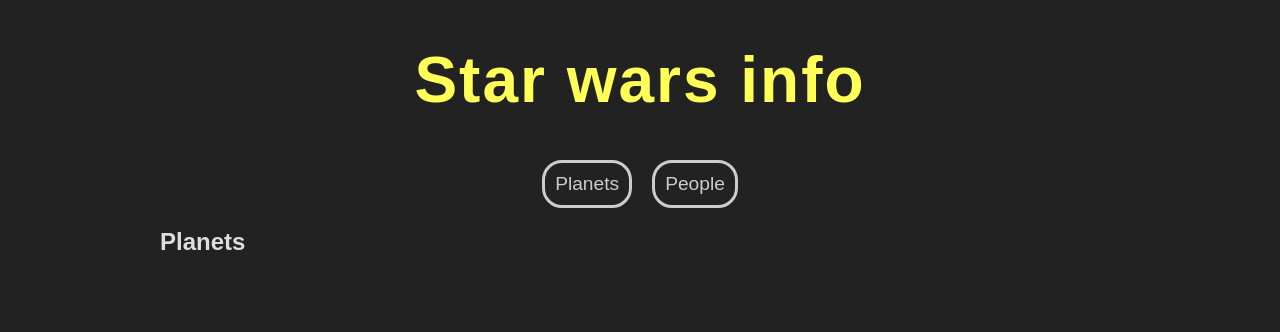
Repository: Pavlin-React/React-useQuery
Page: /
These files come from the project's save history. The page is drawn as it stood at one moment and after the next save; the edit follows.
The browser window is 1280 px wide. The pictures show the whole page.
The page's requests for data from a server got no answer. The project was rebuilt for these pictures with package versions that can differ from the ones it lists, and the page was loaded fresh each time. No one was signed in, and anything a server would have sent is missing. Also part of the build but not shown: src/components/People.js.

Above is the page before, as saved 2021-05-09 20:37:18.

### src/index.css
body {
  margin: 0;
  font-family: sans-serif;
  background: #222;
  color: #ddd;
  text-align: center;
}
.App{
  width: 960px;
  margin: 0 auto;
}
h1{
  color: #ffff57;
  font-size: 4em;
  letter-spacing: 2px;
}
button{
  margin: 0 10px;
  background: transparent;
  border: 3px solid #ccc;
  border-radius: 20px;
  padding: 10px;
  color: #ccc;
  font-size: 1.2em;
  cursor: pointer;
}
button:hover{
  color: #fff;
  border-color: #fff;;
}
.content{
  text-align: left;
}

### src/App.js
import { useState } from "react";
import Navbar from "./components/Navbar";
import Planets from "./components/Planets";
import People from "./components/People";
import { QueryClient, QueryClientProvider } from "react-query";

const queryClient = new QueryClient();

function App() {
  let [page, setPage] = useState("planets");

  return (
    <QueryClientProvider client={queryClient}>
      <div className="App">
        <h1>Star wars info</h1>
        <Navbar setPage={setPage} />
        <div className="content">
          {page === "planets" ? <Planets /> : <People />}

        </div>
      </div>
    </QueryClientProvider>
  );
}

export default App;

### src/components/Navbar.js
const Navbar = ( { setPage } ) => {
  return (
    <nav>
      <button onClick={ () => setPage( 'planets' ) }>Planets</button>
      <button onClick={ () => setPage( 'people' ) }>People</button>
    </nav>
  );
}

export default Navbar

### src/components/Planets.js
import { useQuery } from 'react-query'

let fetchPlanets = async () => {
  let res = await fetch('http://swapi.dev/api/planets/')
  return res.json()
}

const Planets = () => {

  let { data, status } = useQuery('planets', fetchPlanets)
  console.log(data);

  return (
    <div>
      <h2>Planets</h2>
    </div>
  );
}

export default Planets;

Loaded but not shown: public/index.html (common file); src/index.js (common file)

After the next save:
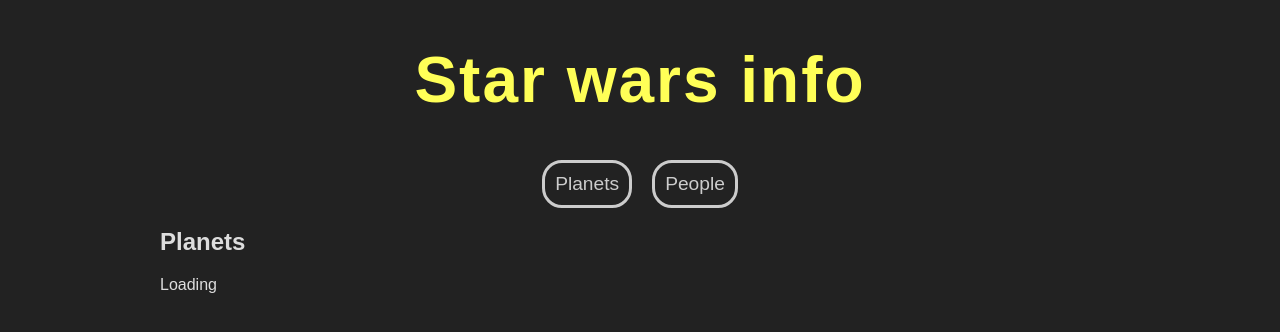
Saved 8 s later.
--- a/src/components/Planets.js
+++ b/src/components/Planets.js
@@ -13,6 +13,19 @@
   return (
     <div>
       <h2>Planets</h2>
+      {/* <p>{ status }</p> */}
+
+      { status === 'error' && (
+            <div>Error</div>
+          ) }
+
+          { status === 'loading' && (
+            <div>Loading</div>
+          ) }
+
+          { status === 'success' && (
+            <div>Success</div>
+          ) }
     </div>
   );
 }
